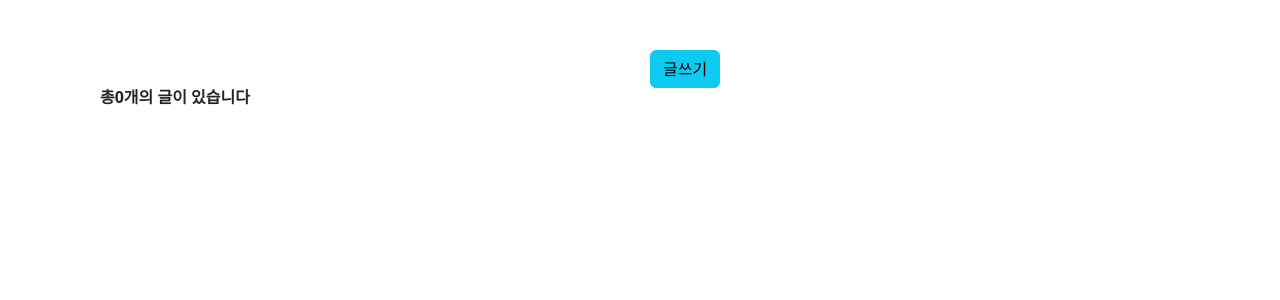
Repository: JunbroGit/SistProject
Page: http://localhost/jsaAjaxProject/simpleboard/boardList.jsp
These files come from the project's save history. The page is drawn as it stood at one moment and after the next save; the edit follows.
The browser window is 1280 px wide. The pictures show the whole page.
Some web fonts or font styles are not loaded; a fallback is used. The page is served by Tomcat 9. Queries for data that is not in the repository find no rows.

Above is the page before, as saved 2024-03-14 03:15:02.

After the next save:
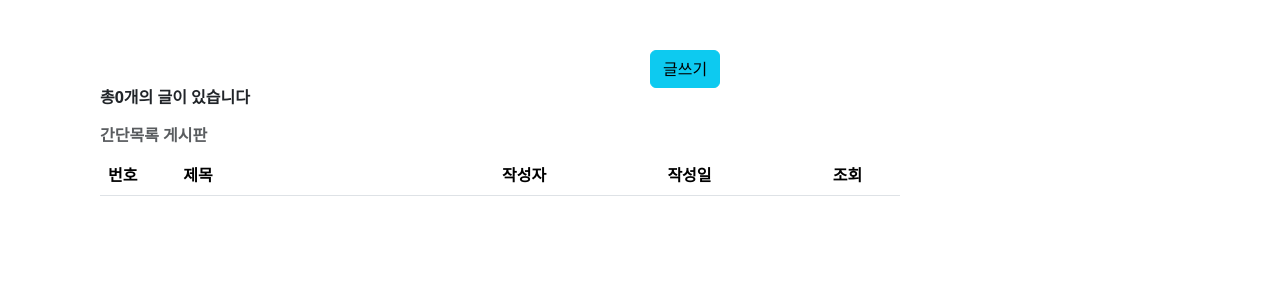
Saved 116 s later.
--- a/jspwork/jsaAjaxProject/src/main/webapp/simpleboard/boardList.jsp
+++ b/jspwork/jsaAjaxProject/src/main/webapp/simpleboard/boardList.jsp
@@ -23,6 +23,16 @@
 	<button type="button" class="btn btn-info" onclick="location.href='addForm.jsp'" style="margin-left: 550px;">글쓰기</button>
 	<br>
 	<h6><b>총<%=list.size() %>개의 글이 있습니다</b></h6>
+	<table class="table table-boerdered">
+		<caption align="top"><b>간단목록 게시판</b></caption>
+		<tr>
+			<th width="80">번호</th>
+			<th width="350">제목</th>
+			<th width="180">작성자</th>
+			<th width="180">작성일</th>
+			<th width="80">조회</th>
+		</tr>
+	</table>
 </div>
 </body>
 </html>
